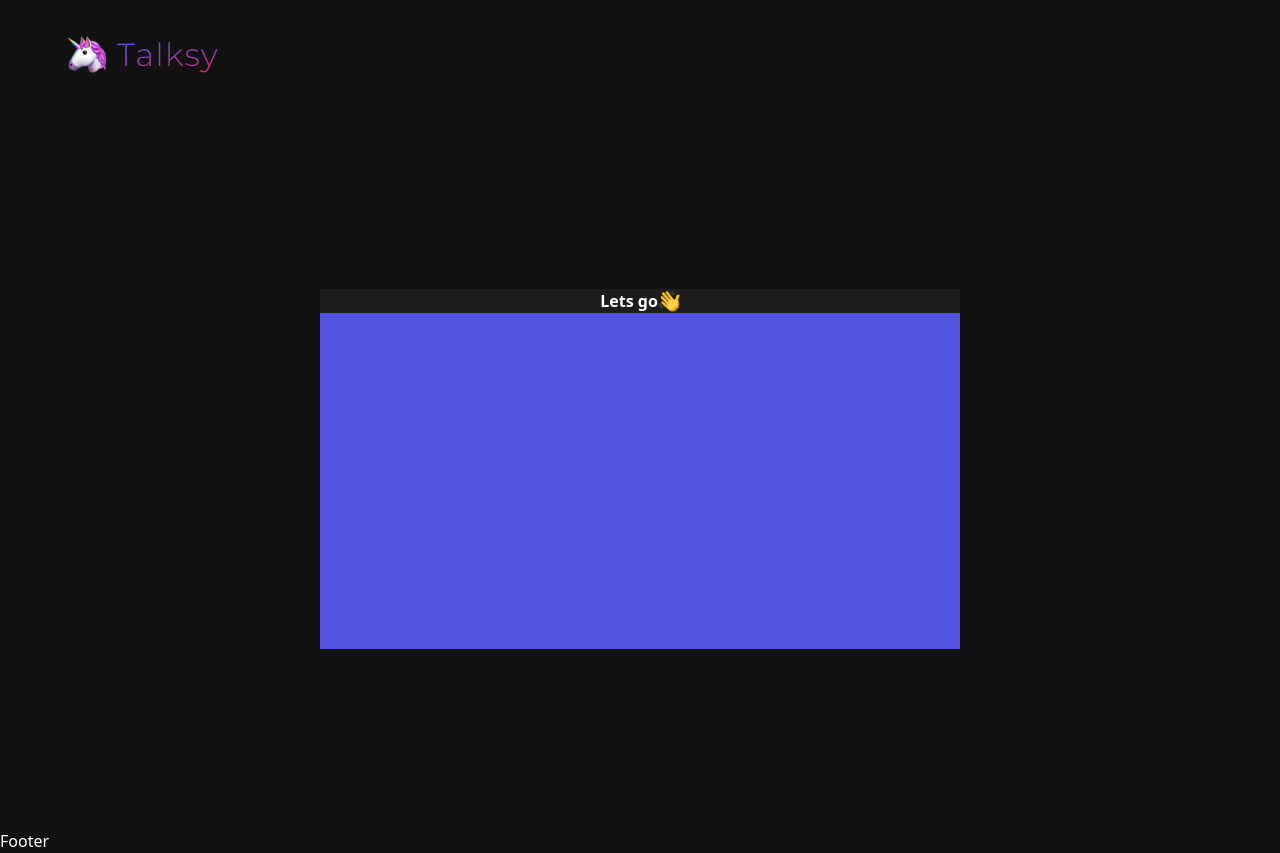
Repository: Krishna-bansall/Talksy
Page: / (app in Frontend/)
The author's editor kept a copy of each file at every save. The page is drawn from the files as they stood at one save, then again after the next save.
The browser window is 1280 px wide. The pictures show the whole page.
The project was rebuilt for these pictures with package versions that can differ from the ones it lists, and the page was loaded fresh each time. The framework's server and built-in components were replaced by stand-ins that run in the browser. Also part of the build but not shown: Frontend/next.config.js.

Above is the page before, as saved 2022-05-18 21:12:56.

### Frontend/pages/index.tsx
import type { NextPage } from 'next'
import Head from 'next/head'
import Image from 'next/image'
import { Card } from '../components/CardVariants'
import wave from '../public/Images/emojis/wave.svg'

const Home: NextPage = () => {
  return (
    <div className="flex min-h-screen flex-col items-center justify-center py-2">
      <Card heading="Lets go" emoji={wave}></Card>
    </div>
  )
}

export default Home

### Frontend/components/Layout.tsx
import React, { FC, ReactNode } from 'react'
import { Navbar } from './Navbar'

const Layout: FC<ReactNode> = ({ children }) => {
  return (
    <div className="flex flex-col justify-between bg-bgPrimary text-txtPrimary">
      <Navbar />
      <div className="overflow-hidden">
        <main>{children}</main>
        <footer>Footer</footer>
      </div>
    </div>
  )
}

export default Layout

### Frontend/components/CardVariants.tsx
import React from 'react'
import Image from 'next/image'

interface IProps {
  heading: string
  emoji: HTMLImageElement
  middleElement?: JSX.Element
  buttonText?: string
}

export const Card: React.FC<IProps> = ({
  heading,
  emoji,
  middleElement,
  buttonText,
}) => {
  return (
    <div className=" flex h-[50vh] w-2/4 flex-col justify-between bg-purpleCustom">
      <div className=" flex justify-center bg-bgSecondary">
        <h1 className="font-bold">{heading}</h1>
        <Image src={emoji}></Image>
      </div>
    </div>
  )
}

### Frontend/components/Navbar.tsx
import React from 'react'
import Image from 'next/image'
import Link from 'next/link'

import logo from '../public/Images/logo.png'

export const Navbar = () => {
  return (
    <div className="px-16 py-8">
      <Link href="/">
        <Image className="cursor-pointer" src={logo} />
      </Link>
    </div>
  )
}

### Frontend/tailwind.config.js
module.exports = {
  content: [
    './pages/**/*.{js,ts,jsx,tsx}',
    './components/**/*.{js,ts,jsx,tsx}',
  ],
  theme: {
    colors: {
      bgPrimary: '#121212',
      bgSecondary: '#1D1D1D',
      txtPrimary: '#fff',
      txtSecondary: '#C4C5C5',
      blueCustom: '#0077FF',
      purpleCustom: '#5453E0',
      greenCustom: '#20BD5F',
      redCustom: '#F44336',
      pinkCustom: '#E91E63',
      borderLines: '#323232',
      inputBackground: '#262626',
    },
    extend: {},
  },
  plugins: [],
}

Loaded but not shown: Frontend/pages/_app.tsx (common file); Frontend/styles/globals.css (common file)

After the next save:
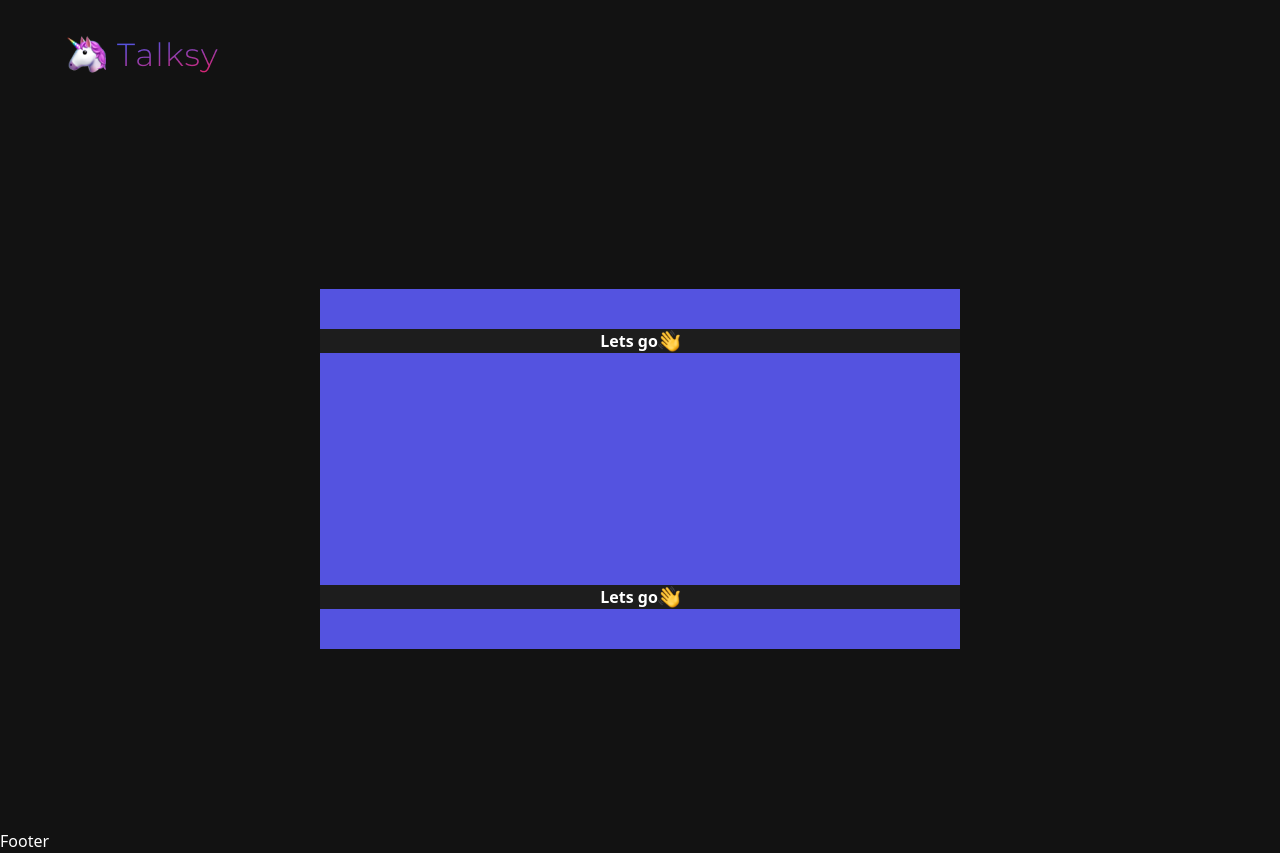
Saved 41 s later.
--- a/Frontend/components/CardVariants.tsx
+++ b/Frontend/components/CardVariants.tsx
@@ -15,7 +15,11 @@
   buttonText,
 }) => {
   return (
-    <div className=" flex h-[50vh] w-2/4 flex-col justify-between bg-purpleCustom">
+    <div className=" flex h-[50vh] w-2/4 flex-col justify-between bg-purpleCustom py-10">
+      <div className=" flex justify-center bg-bgSecondary">
+        <h1 className="font-bold">{heading}</h1>
+        <Image src={emoji}></Image>
+      </div>
       <div className=" flex justify-center bg-bgSecondary">
         <h1 className="font-bold">{heading}</h1>
         <Image src={emoji}></Image>
